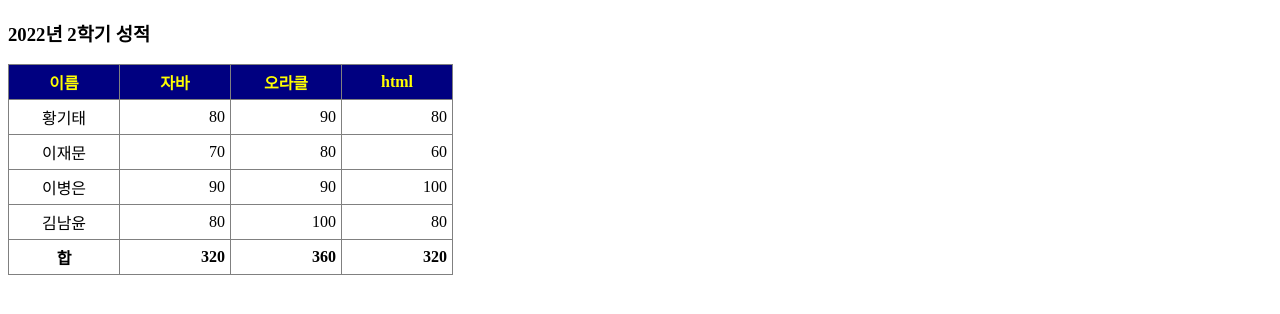
Repository: buildadoor/eclipse
Page: frontWeb/src/main/webapp/a05_cssHigh/a12_table.html
An editor plug-in stored every save of this project. The page is shown before and after the next save, followed by the edit.
The browser window is 1280 px wide. The pictures show the whole page.

Above is the page before, as saved 2022-11-10 06:25:32.

After the next save:
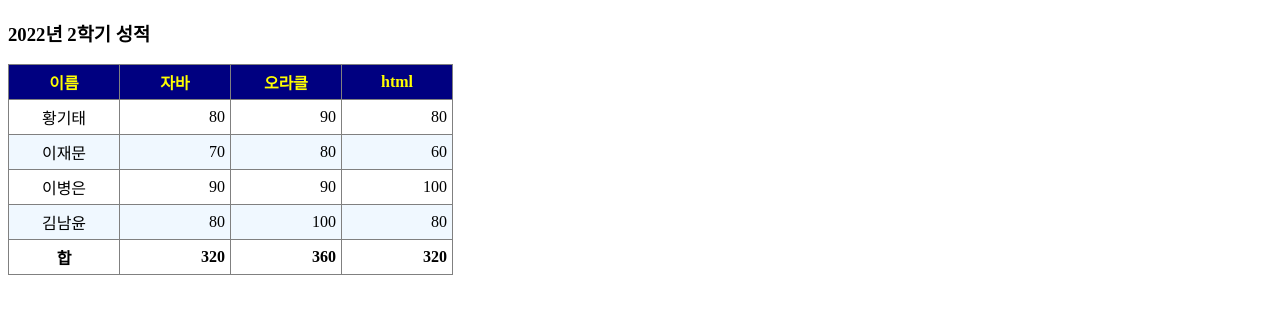
Saved 99 s later.
--- a/frontWeb/src/main/webapp/a05_cssHigh/a12_table.html
+++ b/frontWeb/src/main/webapp/a05_cssHigh/a12_table.html
@@ -31,7 +31,12 @@
 		background:navy;
 		color:yellow;
 	}
-
+	tbody tr:nth-child(even){
+		background:aliceblue;
+	}
+	tbody tr:hover{
+		background:pink;
+	}
 </style>
 </head>
 <body>
